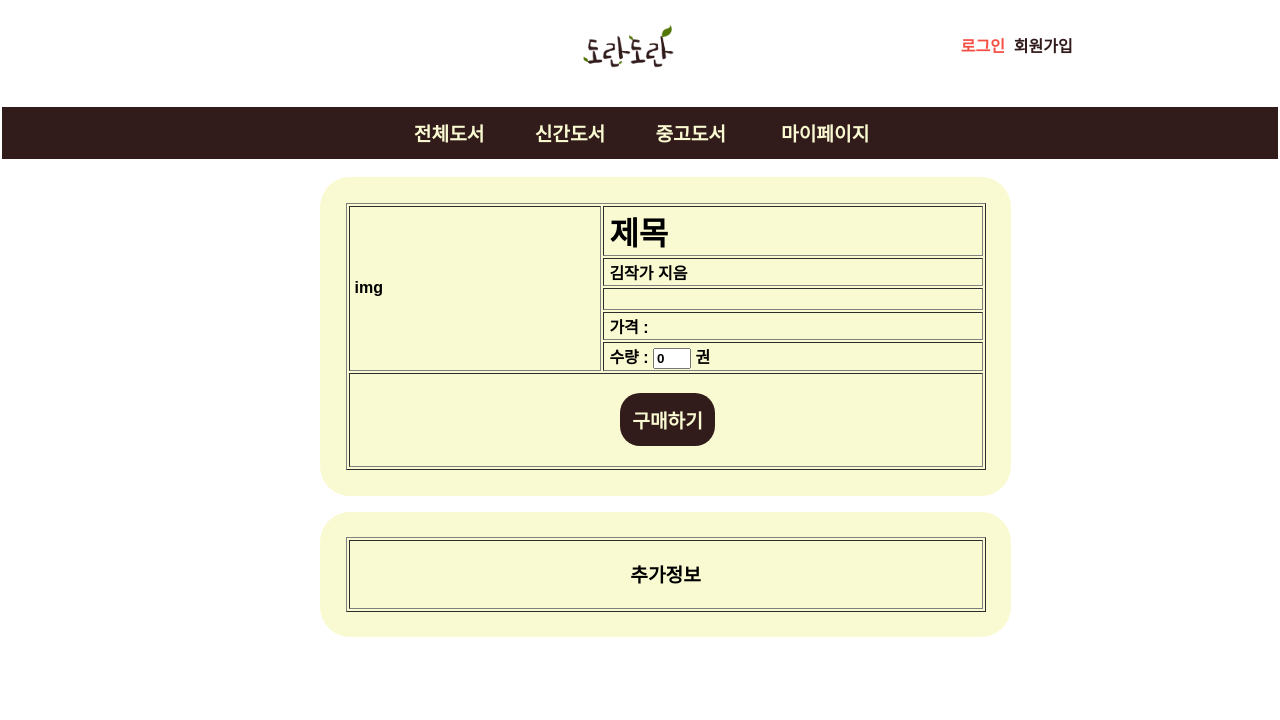
Repository: juhyun110701/DORANDORAN
Page: http://localhost/dorandoran/bookView.jsp
The author's editor kept a copy of each file at every save. The page is drawn from the files as they stood at one save, then again after the next save.
The browser window is 1280 px wide. The pictures show the whole page.
Some web fonts or font styles are not loaded; a fallback is used. The page is served by Tomcat 9. Other server files are loaded and not shown.

Above is the page before, as saved 2019-07-31 12:40:23.

### dorandoran/WebContent/bookView.jsp
<%@ page language="java" contentType="text/html; charset=UTF-8"
    pageEncoding="UTF-8" import="java.sql.*"%>
<%@ page import="doran.db.connection.DBConnection" %>
<!DOCTYPE html>
<html>
<head>
<meta charset="utf-8">
<title>도란도란</title>
<!--
<link rel="shortcut icon" href="img/logo.png">
<link rel="apple-touch-icon" href="img/logo_apple.png">
-->
<link rel="stylesheet" href="css/bookView.css">
<link href="https://fonts.googleapis.com/css?family=Sunflower:300&display=swap" rel="stylesheet">
<script>
//maxlength 체크
function maxLengthCheck(object){
 if (object.value.length > object.maxLength){
  object.value = object.value.slice(0, object.maxLength);
 }
}
</script>
</head>
<body>
<jsp:include page="top.jsp" flush="false"/><p>
<%
	//db연결
	Connection conn=null;
    PreparedStatement pstmt=null;
    String sql="select * from book where ";
%>
<div id="box" align="center">
<table border=1 id="whole">
	<tr>
		<td rowspan=5 width="40%">img</td>
		<td id="title">제목</td>
	</tr>
	<tr>
		<td id="writer">김작가 지음</td>
	</tr>
	<tr>
		<td><br></td>
	</tr>
	<tr>
		<td id="price">가격 : </td>
	</tr>
	<tr>
		<td>
			수량 : <input type="number" name="amount" value=0 max=99 maxlength=2 style="width:30px;" oninput="maxLengthCheck(this)"> 권
		</td>
	</tr>
	<tr>
		<td colspan=2 align="center">
			<input type="button" id="buy" class="btn" value="구매하기">
		</td>
	</tr>
</table>
</div>
<p>
<div id="box" align="center">
<table border=1 id="whole">
	<tr>
		<td align="center" id="plus">추가정보</td>
	</tr>
</table>
</div>
</body>
</html>

### dorandoran/WebContent/top.jsp
<%@ page language="java" contentType="text/html; charset=UTF-8"
    pageEncoding="UTF-8"%>
<!DOCTYPE html>
<html>
<head>
<meta charset="utf-8">
<title>도란도란</title>
<!--
<link rel="shortcut icon" href="img/logo.png">
<link rel="apple-touch-icon" href="img/logo_apple.png">
-->
<link rel="stylesheet" href="css/index.css">
<link href="https://fonts.googleapis.com/css?family=Sunflower:300&display=swap" rel="stylesheet">
<script>
	function check(){
		alert("로그인 후 이용하실 수 있습니다");
		return ;
	}
</script>
</head>
<body>
    <table id="whole">
        <tr>
            <td width="45%"></td>
            <td width="10%"><a href="index.jsp"><img src="img/logo.png" width="80%"></a></td>
            <td width="45%" style="padding-left:20%;">
            <div id="login"></div>
                		<a href="login.jsp" class="top_menu" style="color:#f54e42;" target="_top">로그인</a>&nbsp;
                		<a href="signup.jsp" class="top_menu" target="_top">회원가입</a><p>
            </td>
        </tr>
        <tr class="menu">
            <td colspan=3>
                <table width="100%" height="50px">
                    <tr>
                       <td width="30%"></td>
                        <td class="menu_in"><a href="index.jsp">전체도서</a></td>
                        <td class="menu_in"><a href="recentBook.jsp">신간도서</a></td>
                        <td class="menu_in"><a href="oldBook.jsp">중고도서</a></td>
                        <td class="menu_in"><a onclick="check()">마이페이지</a></td>
                        <td width="30%"></td>
                    </tr>
                </table></td>
        </tr>
    </table>
</body>
</html>

### dorandoran/WebContent/css/bookView.css
body{
    margin:0;
    padding-bottom:3%;
}

*{
    font-family: 'Sunflower', sans-serif;
    font-weight:bold;
}

#whole{
    width:100%;
    height:100%;
}

a{
    text-decoration: none;
}

#box{
    background-color:lightgoldenrodyellow;
    border-radius:30px;
    width:50%;
    margin-left: 25%;
    padding:2%;
}

.btn{
	background-color:#311b1b;
	color:lightgoldenrodyellow;
	border-radius:20px;
	border:0;
	outline:0;
	padding:2%;
	margin:3%;
	font-size:120%;
}



#title{
	font-size:200%;
}

td{
	padding-left:5px;
}


#plus{
	font-size:120%;
	padding:3%;
}

### dorandoran/WebContent/css/index.css
body{
    margin:0;
}

*{
    font-family: 'Sunflower', sans-serif;
    font-weight:bold;
}

#whole{
    width:100%;
    height:100%;
}

a{
    text-decoration: none;
}

.top_menu{
    color:#311b1b;
}

.top_menu:hover{
    color:#ed6853;
}

#logout{
	background-color:transparent;
	border:none;
	outline:none;
}

.menu{
    background-color:#311b1b;
    text-align:center;
    font-size:120%;
}

.menu_in a{
    color:lightgoldenrodyellow;
    width:10%;
}

.menu_in a:hover{
    color:#ed6853;
}

After the next save:
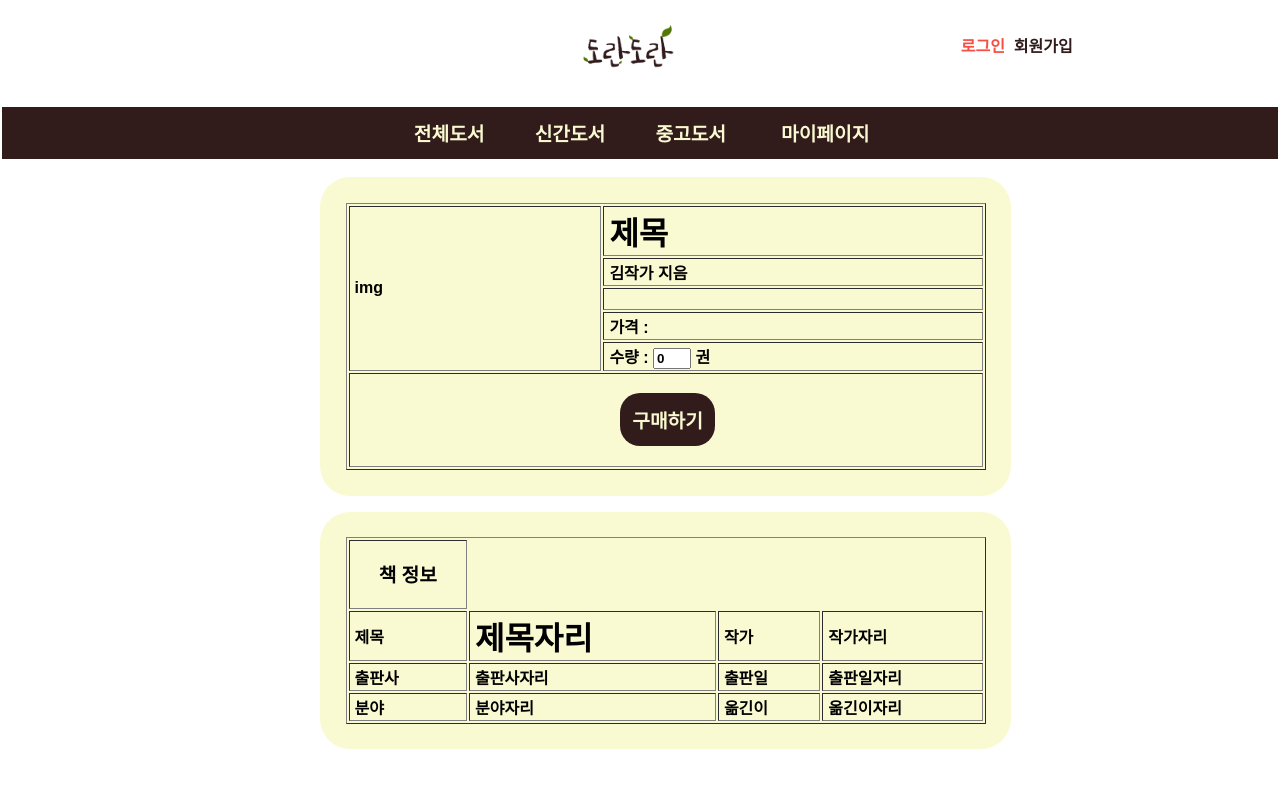
Saved 3 min 9 s later.
--- a/dorandoran/WebContent/bookView.jsp
+++ b/dorandoran/WebContent/bookView.jsp
@@ -60,7 +60,25 @@ function maxLengthCheck(object){
 <div id="box" align="center">
 <table border=1 id="whole">
 	<tr>
-		<td align="center" id="plus">추가정보</td>
+		<td align="center" id="plus">책 정보</td>
+	</tr>
+	<tr>
+		<td>제목</td>
+		<td id="title">제목자리</td>
+		<td>작가</td>
+		<td id="writer">작가자리</td>
+	</tr>
+	<tr>
+		<td>출판사</td>
+		<td id="publisher">출판사자리</td>
+		<td>출판일</td>
+		<td id="publish_date">출판일자리</td>
+	</tr>
+	<tr>
+		<td>분야</td>
+		<td id="genre">분야자리</td>
+		<td>옮긴이</td>
+		<td id="translator">옮긴이자리</td>
 	</tr>
 </table>
 </div>
